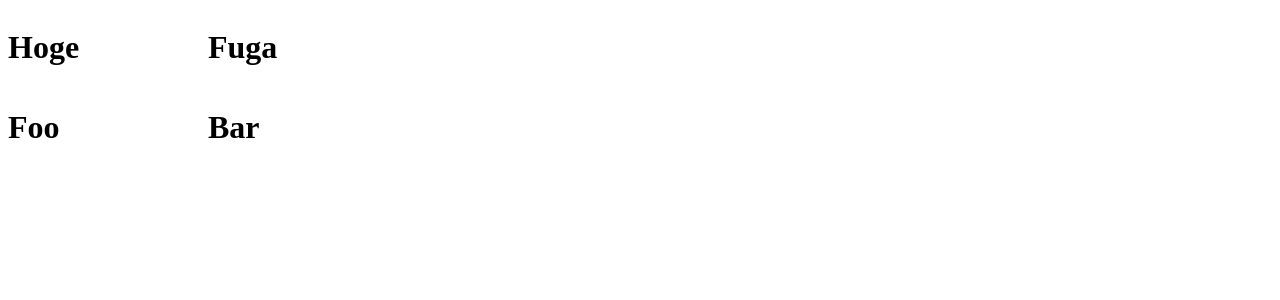
Repository: mayu0000/samurai_HTML-CSS
Page: sample.html
The author's editor kept a record of every edit. The page is drawn from the files as they stood at one moment, then again after the next edit.
The browser window is 1280 px wide. The pictures show the whole page.

Above is the page before.

### sample.html
<html lang = "ja">
    <head>
        <style>
           #grid {
               display: grid;
               grid-template-columns: 200px 200px;
           }
        </style>
        <body>
            <div id = "grid">
                <h1>Hoge</h1>
                <h1>Fuga</h1>
                <h1>Foo</h1>
                <h1>Bar</h1>
            </div>
        </body>
    </head>

</html>

After the next edit:
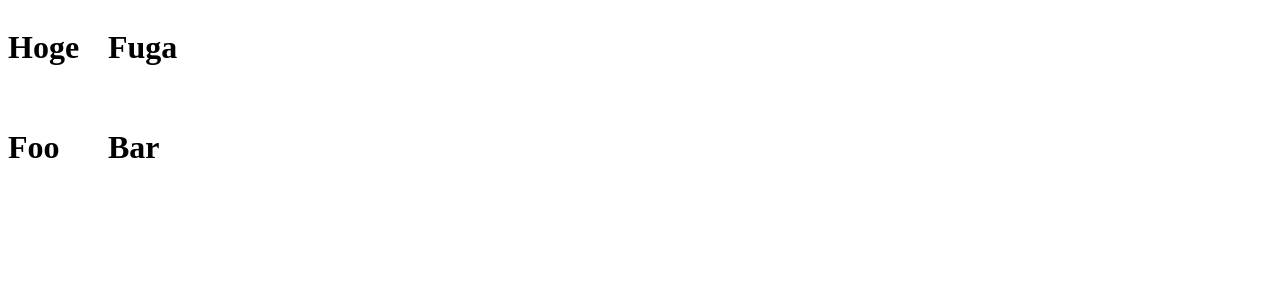
The edit:
--- a/sample.html
+++ b/sample.html
@@ -3,7 +3,8 @@
         <style>
            #grid {
                display: grid;
-               grid-template-columns: 200px 200px;
+               grid-template-columns: 100px 100px;
+               grid-template-rows: 100px 100px 100px;
            }
         </style>
         <body>
